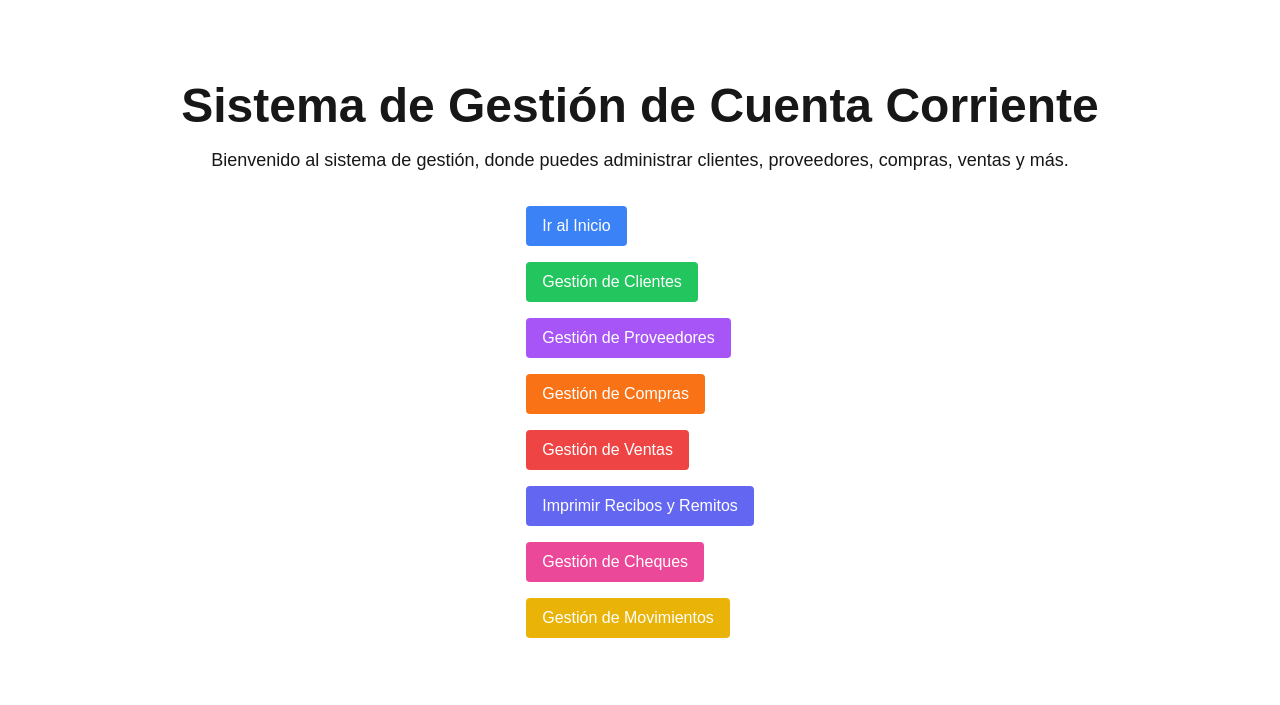
Repository: manucavallera/Sistema-Gestion
Page: /
These files come from the project's save history. The page is drawn as it stood at one moment and after the next save; the edit follows.
The browser window is 1280 px wide. The pictures show the whole page.
The project was rebuilt for these pictures with package versions that can differ from the ones it lists, and the page was loaded fresh each time. The framework's server and built-in components were replaced by stand-ins that run in the browser. Also part of the build but not shown: next.config.mjs.

Above is the page before, as saved 2024-11-25 17:32:32.

After the next save:
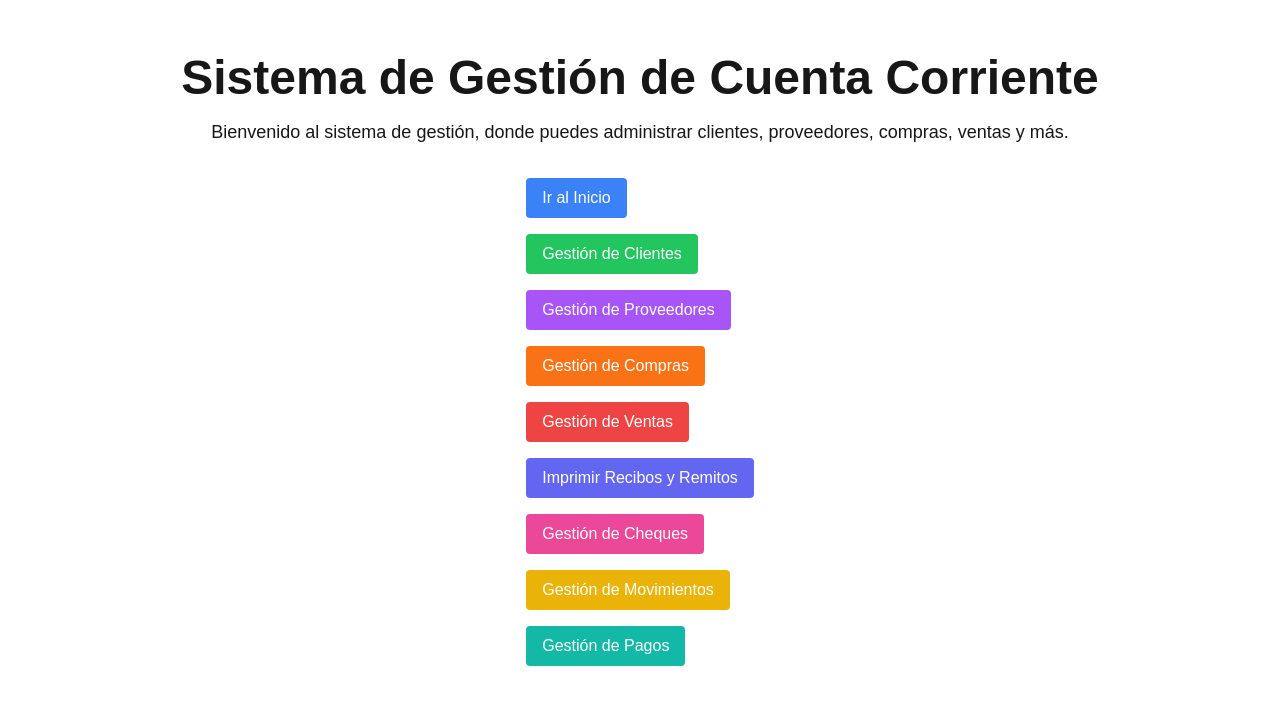
Saved 112 s later.
--- a/src/app/page.tsx
+++ b/src/app/page.tsx
@@ -49,6 +49,12 @@ const links = [
     bgColor: "bg-yellow-500",
     hoverColor: "hover:bg-yellow-600",
   },
+  {
+    href: "/pagos", // Nuevo enlace para pagos
+    label: "Gestión de Pagos",
+    bgColor: "bg-teal-500",
+    hoverColor: "hover:bg-teal-600",
+  },
 ];
 
 const HomePage = () => {
